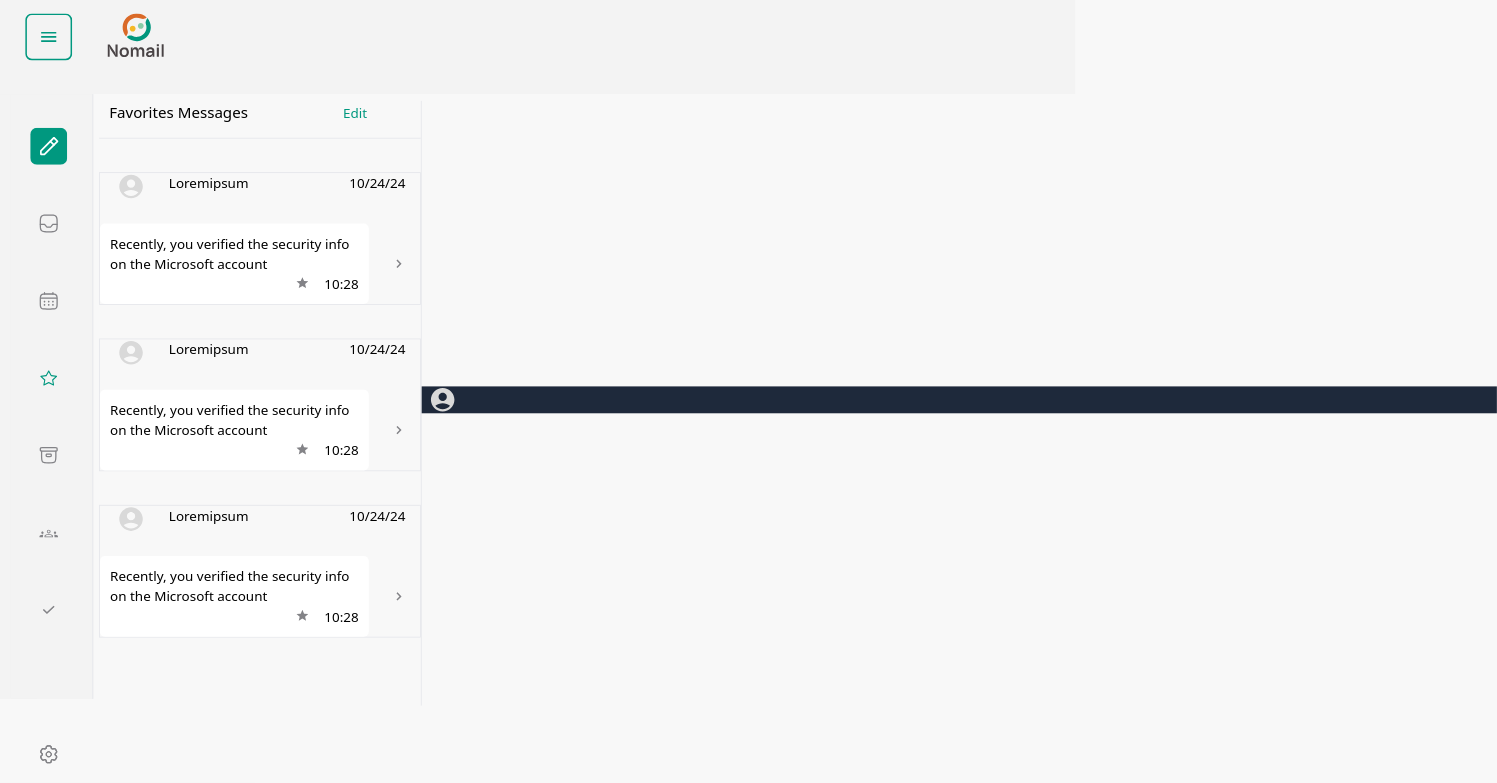
Repository: Tofigkh1/Nomail-Project
Page: /favorites (app in client/)
An editor plug-in stored every save of this project. The page is shown before and after the next save, followed by the edit.
The browser window is 1280 px wide. The page is 1782 px wide, so the pictures cover 1782 px, including what lies to the right of the window. The pictures show the whole page, at 84% of full size.
The project was rebuilt for these pictures with package versions that can differ from the ones it lists, and the page was loaded fresh each time. The framework's server and built-in components were replaced by stand-ins that run in the browser. Also part of the build but not shown: client/next.config.mjs, client/components/shared/svg/FavoritesSvg.jsx, client/components/shared/svg/calendarActiveSvg.jsx, client/components/shared/client/CheckBox/index.tsx.

Above is the page before, as saved 2024-11-22 02:55:29.

After the next save:
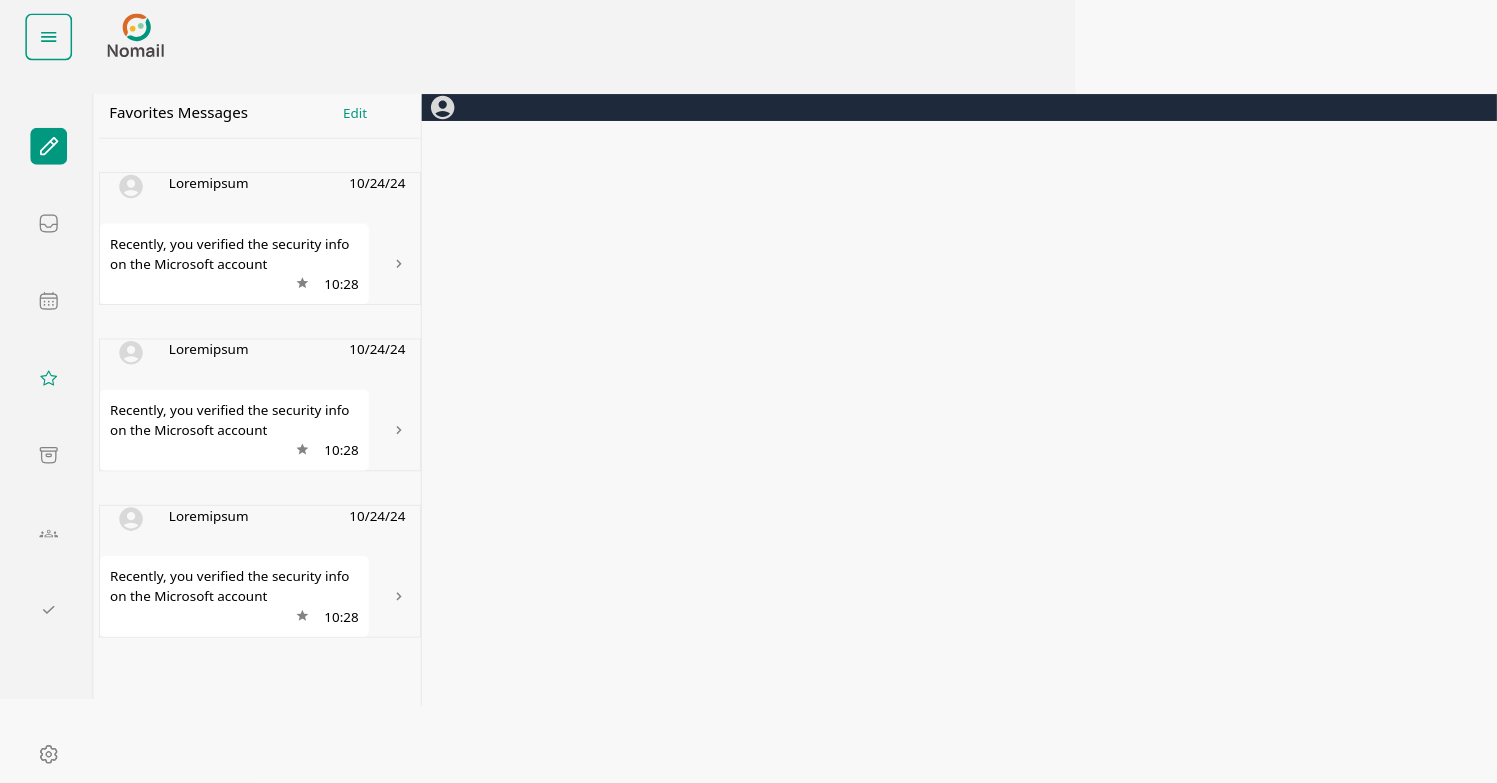
Saved 4 s later.
--- a/client/app/favorites/page.tsx
+++ b/client/app/favorites/page.tsx
@@ -108,7 +108,7 @@ export default function Home() {
 
 
                     {/* No message section */}
-                    <div className="flex flex-grow justify-center   flex-col font-semibold text-textGray gap-7 text-2xl">
+                    <div className="">
                         {/* <NomailPaleSvg />
                         <h1>No message selected</h1> */}
                         <MessagesView/>
